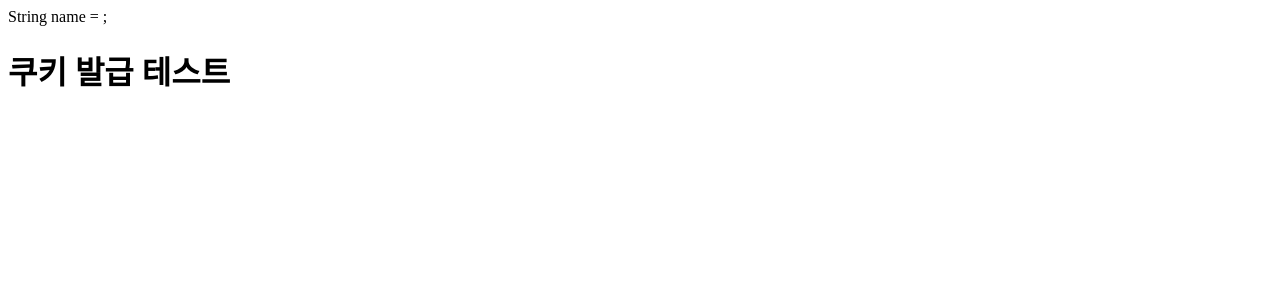
Repository: ChimmyWorld/JSP
Page: http://localhost/Day53/ex04_result.jsp
The author's editor kept a copy of each file at every save. The page is drawn from the files as they stood at one save, then again after the next save.
The browser window is 1280 px wide. The pictures show the whole page.
The page is served by Tomcat 9. Other server files are loaded and not shown.

Above is the page before, as saved 2023-09-22 02:44:01.

### Day53/WebContent/ex04_result.jsp
<%@ page language="java" contentType="text/html; charset=UTF-8"
    pageEncoding="UTF-8"%>
<!DOCTYPE html>
<html>
<head>
<meta charset="UTF-8">
<title>ex04_result.jsp</title>
</head>
<body>

		String name = ${param.name};


	<h1>쿠키 발급 테스트</h1>
</body>
</html>

After the next save:
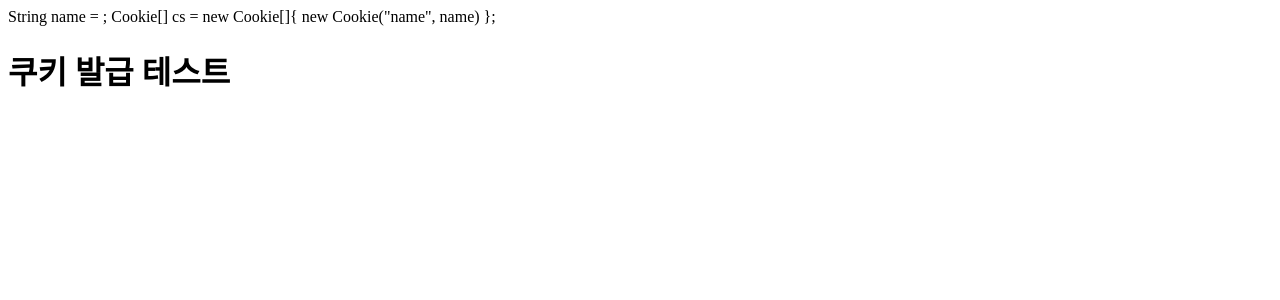
Saved 58 s later.
--- a/Day53/WebContent/ex04_result.jsp
+++ b/Day53/WebContent/ex04_result.jsp
@@ -7,8 +7,13 @@
 <title>ex04_result.jsp</title>
 </head>
 <body>
+	String name = ${param.name};
 
-		String name = ${param.name};
+
+	Cookie[] cs = new Cookie[]{
+				new Cookie("name", name)
+	};
+
 
 
 	<h1>쿠키 발급 테스트</h1>
